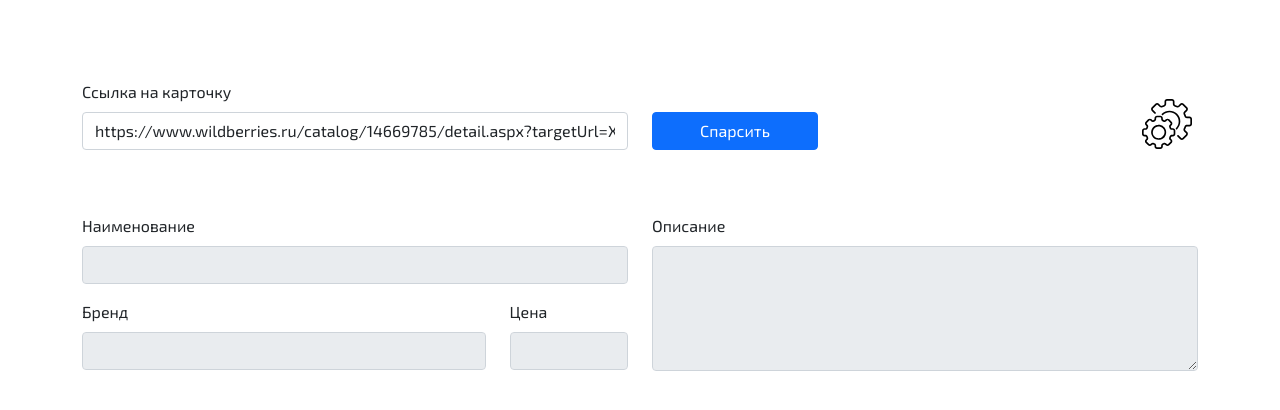
Repository: yozuul/wildberries-product-card-parser-api-exchange
Page: public/panel.html
The author's editor kept a copy of each file at every save. The page is drawn from the files as they stood at one save, then again after the next save.
The browser window is 1280 px wide. The pictures show the whole page.

Above is the page before, as saved 2021-08-22 17:46:39.

After the next save:
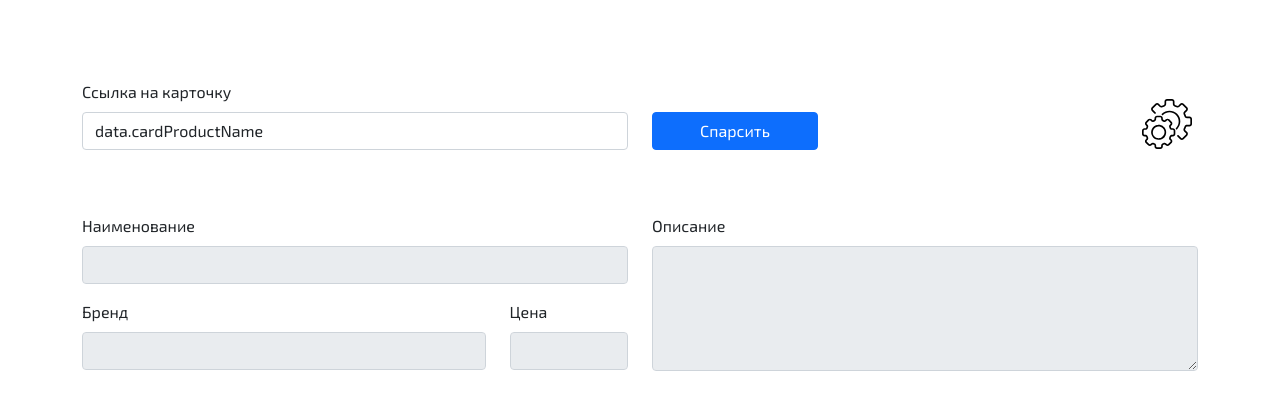
Saved 2 min 11 s later.
--- a/public/panel.html
+++ b/public/panel.html
@@ -46,7 +46,7 @@
          <div class="mb-3 col-6">
             <label for="cardProductURL" class="form-label">Ссылка на карточку</label>
             <input type="text" class="form-control" id="cardProductURL"
-               value="https://www.wildberries.ru/catalog/14669785/detail.aspx?targetUrl=XS">
+               value="data.cardProductName">
          </div>
          <div class="col-2 mb-3">
             <button id="parseCard" class="btn btn-primary col-12">
